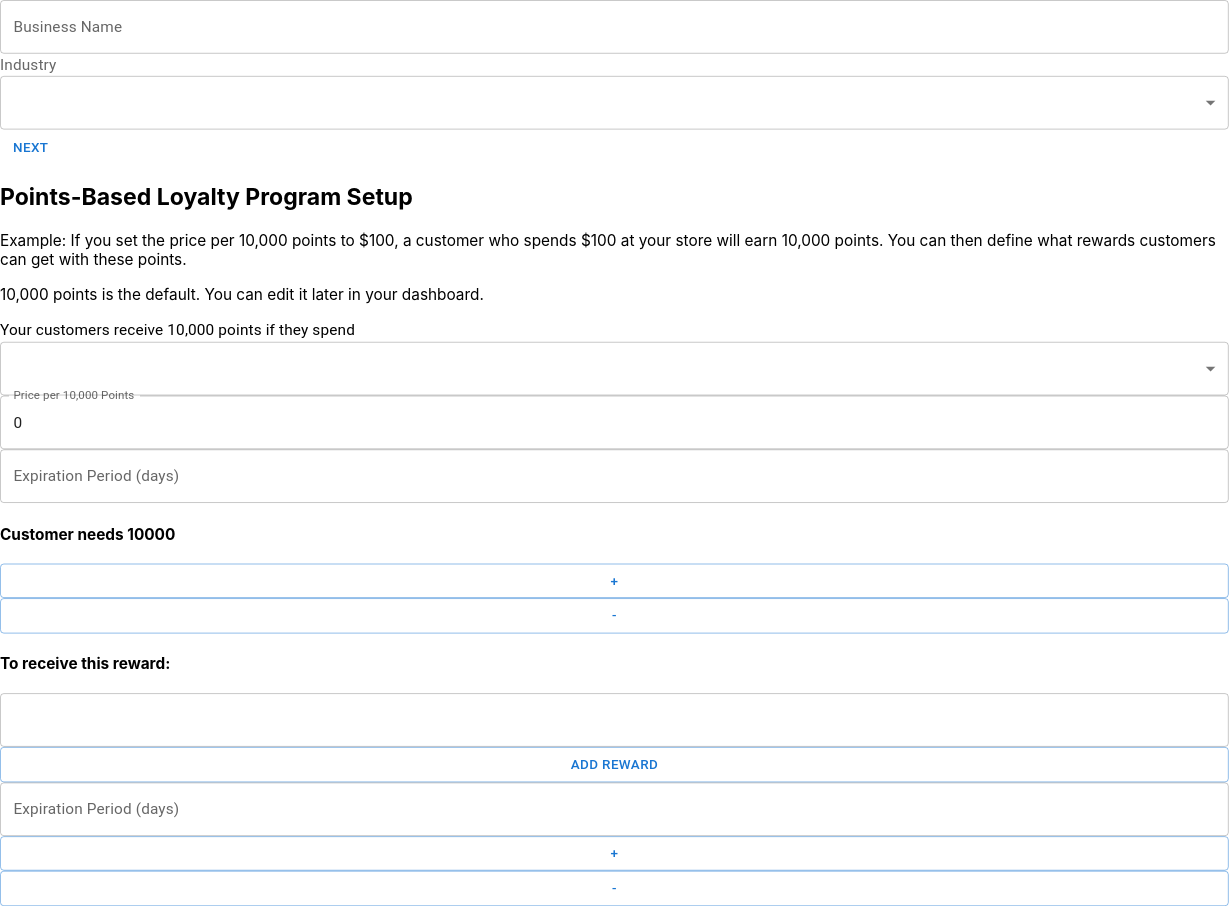
Repository: Armstrong2035/loyaltyTrackr
Page: /onboarding (app in loyalty-trackr/)
An editor plug-in stored every save of this project. The page is shown before and after a run of saves, followed by the edit.
The browser window is 1280 px wide. The pictures show the whole page, at 96% of full size.
The project was rebuilt for these pictures with package versions that can differ from the ones it lists, and the page was loaded fresh each time. Also part of the build but not shown: loyalty-trackr/src/firebase.js, loyalty-trackr/src/Authentication/Signup.js, loyalty-trackr/src/Home/Home.js, loyalty-trackr/src/Authentication/Login.js.

Above is the page before, as saved 2024-06-07 03:01:18.

After the next 3 saves:
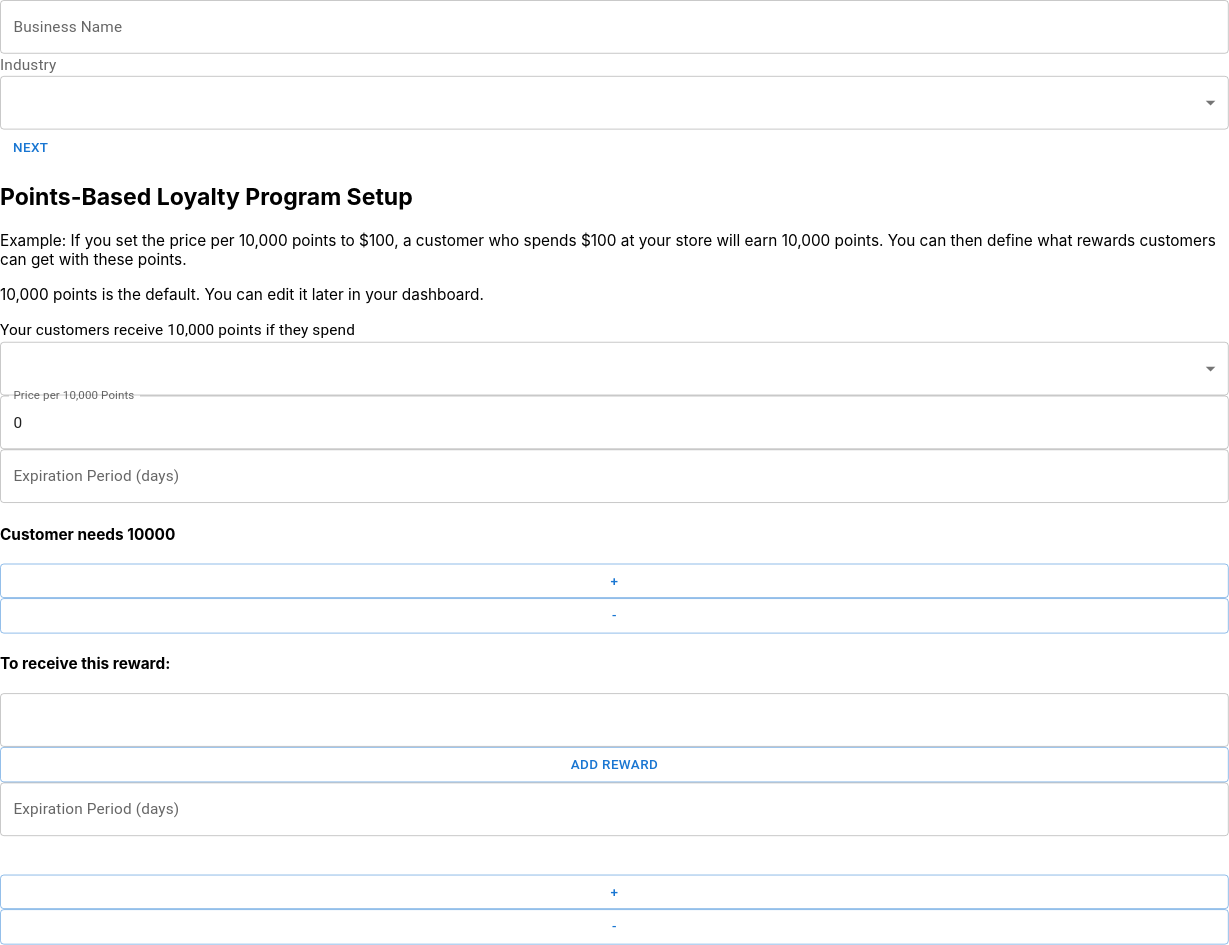
The 3 saves are shown as one change because 2 did not build or start.
The last was saved 9 h 52 min later.
--- a/loyalty-trackr/src/Onboarding/LoyaltySetup/PointsBased/Conditions.js
+++ b/loyalty-trackr/src/Onboarding/LoyaltySetup/PointsBased/Conditions.js
@@ -3,15 +3,15 @@ import React, { useState } from "react";
 
 export const Conditions = () => {
   const [expirationPeriod, setExpirationPeriod] = useState();
-  const [maximumPointsPerPurchase, setMaximumPointsPerPurchase] = useState();
+  let [maximumPointsPerPurchase, setMaximumPointsPerPurchase] = useState();
   const [conditions, setConditions] = useState();
 
   const increaseMaximumPoints = () => {
-    setMaximumPointsPerPurchase(() => (pointsNeeded += 100));
+    setMaximumPointsPerPurchase(() => (maximumPointsPerPurchase += 100));
   };
 
   const decreaseMaximumPoints = () => {
-    setMaximumPointsPerPurchase(() => (pointsNeeded -= 100));
+    setMaximumPointsPerPurchase(() => (maximumPointsPerPurchase -= 100));
   };
 
   const handleConditionsChange = () => {
@@ -34,6 +34,8 @@ export const Conditions = () => {
           onChange={(e) => setExpirationPeriod(e.target.value)}
         />
 
+        <h2>{maximumPointsPerPurchase}</h2>
+
         <Button variant="outlined" onClick={increaseMaximumPoints}>
           +
         </Button>
